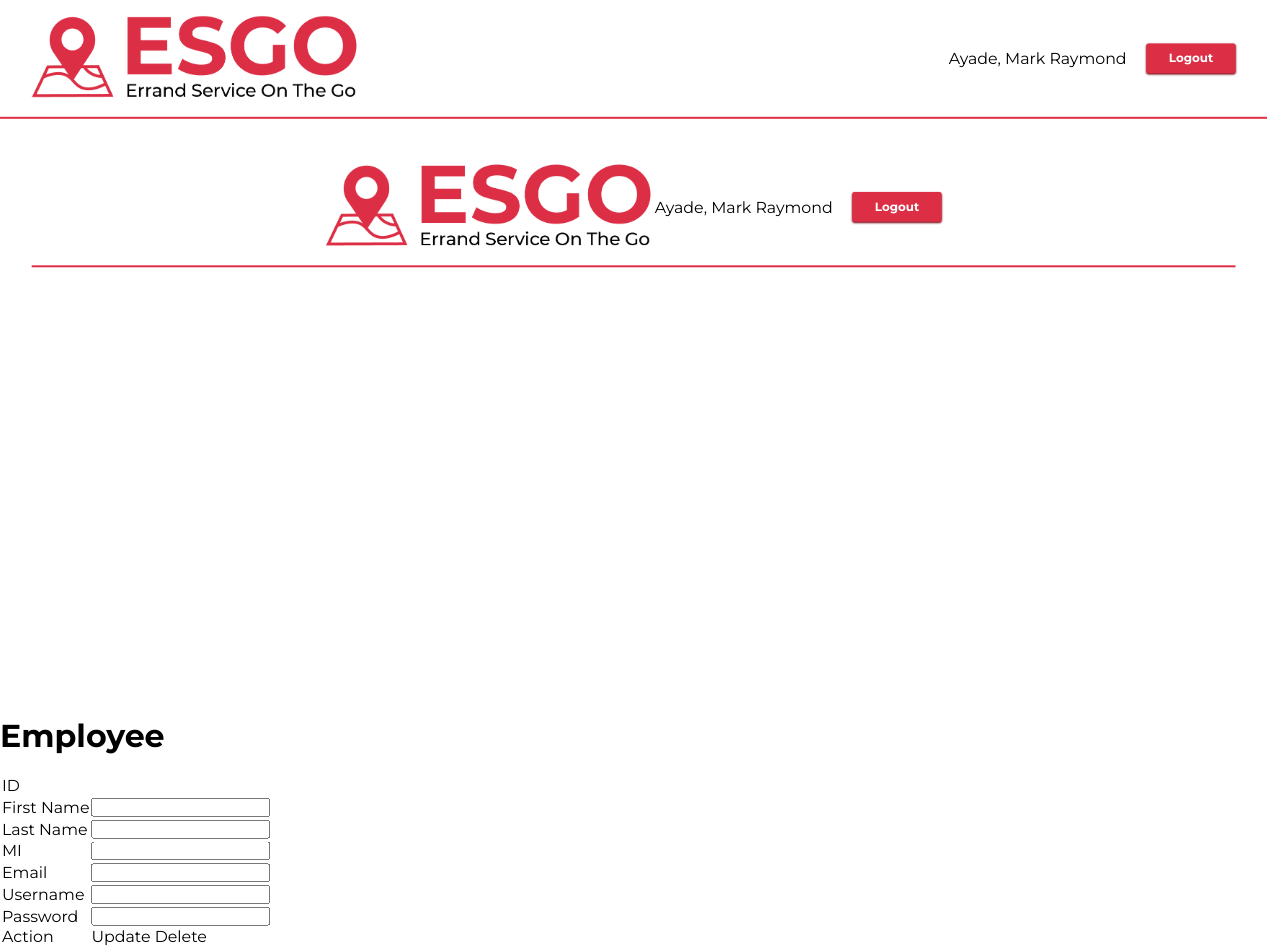
Repository: azkalonz/Int-Prog-2
Page: http://localhost/Int_Prog_2/WEB-INF/views/employee.jsp
These files come from the project's save history. The page is drawn as it stood at one moment and after the next save; the edit follows.
The browser window is 1280 px wide. The pictures show the whole page, at 99% of full size.
The page is served by Tomcat 9. Nobody is signed in. The template is opened directly, without the code that normally fills it, so the values that code supplies are empty.

Above is the page before, as saved 2021-03-30 06:11:51.

After the next save:
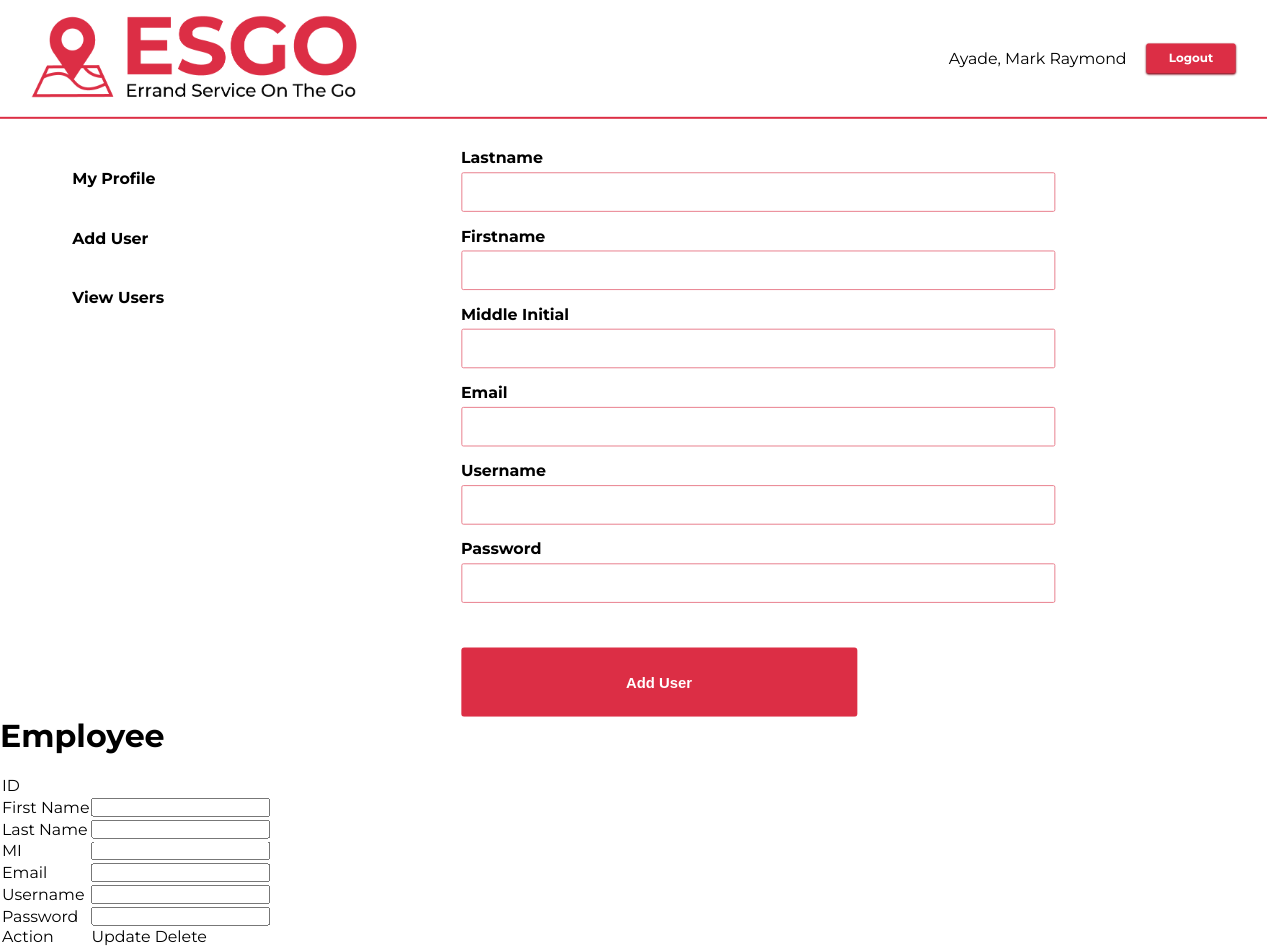
Saved 29 s later.
--- a/Int Prog 2/WebContent/WEB-INF/views/employee.jsp
+++ b/Int Prog 2/WebContent/WEB-INF/views/employee.jsp
@@ -2,7 +2,7 @@
 
 <main>
         <div class="container">
-            <jsp:include page="/WEB-INF/layout/header.jsp" />
+            <jsp:include page="/WEB-INF/layout/nav.jsp" />
 
             <div class="content">
                 <form action="<%= request.getContextPath() %>/update" method="POST" id="employee-form">
